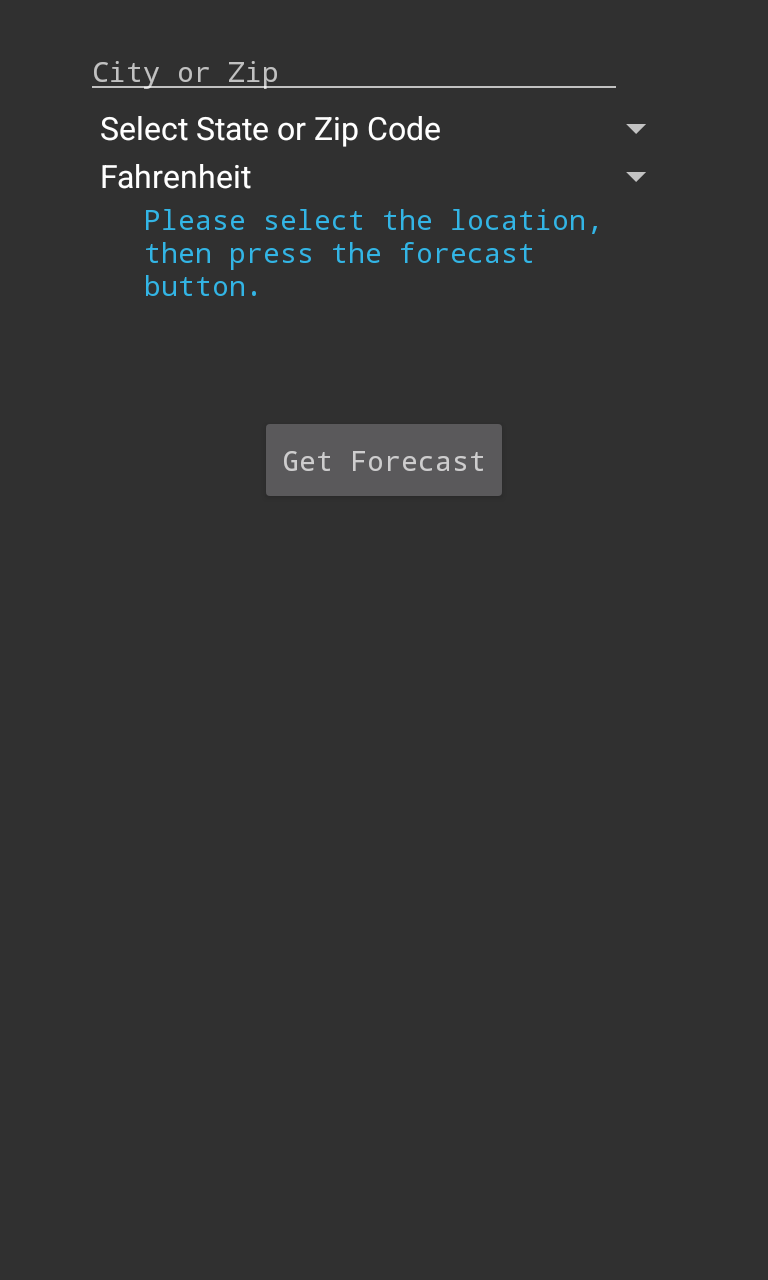
Repository: g80349/Java1
Layout: Week4/Weather/res/layout/activity_main.xml
These files come from the project's save history. The layout is drawn as it stood at one moment and after the next save; the edit follows.
It is drawn on a 768 x 1280 px phone screen (xhdpi) without system bars, with theme Theme.AppCompat; the app's code is not run.

Above is the layout before, as saved 2014-04-30 18:12:26.

After the next save:
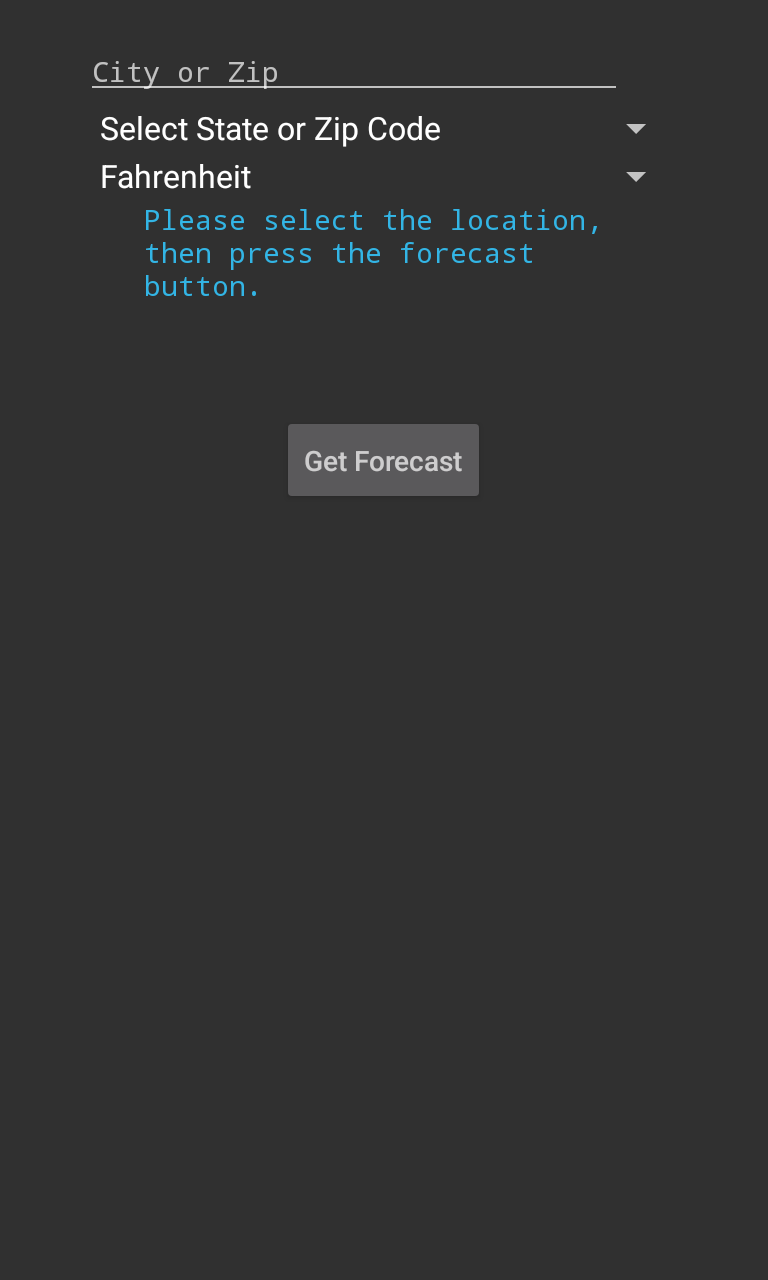
Saved 71 s later.
--- a/Week4/Weather/res/layout/activity_main.xml
+++ b/Week4/Weather/res/layout/activity_main.xml
@@ -23,8 +23,7 @@
         android:layout_height="wrap_content"
         android:layout_below="@+id/edit_city"
         android:layout_centerHorizontal="true"
-        android:entries="@array/state_array"
-        style="@style/textStyle" />
+        android:entries="@array/state_array" />
 
     <Spinner
         android:id="@+id/measurement"
@@ -32,8 +31,7 @@
         android:layout_height="wrap_content"
         android:layout_alignLeft="@+id/state"
         android:layout_below="@+id/state"
-        android:entries="@array/measurement_array"
-        style="@style/textStyle" />
+        android:entries="@array/measurement_array" />
 
     <TextView
         android:id="@+id/forecast"
@@ -52,7 +50,6 @@
         android:layout_centerHorizontal="true"
         android:layout_marginTop="54dp"
         android:hint="@string/enter_button"
-        android:onClick="onClick"
-        style="@style/textStyle" />
+        android:onClick="onClick" />
 
 </RelativeLayout>
